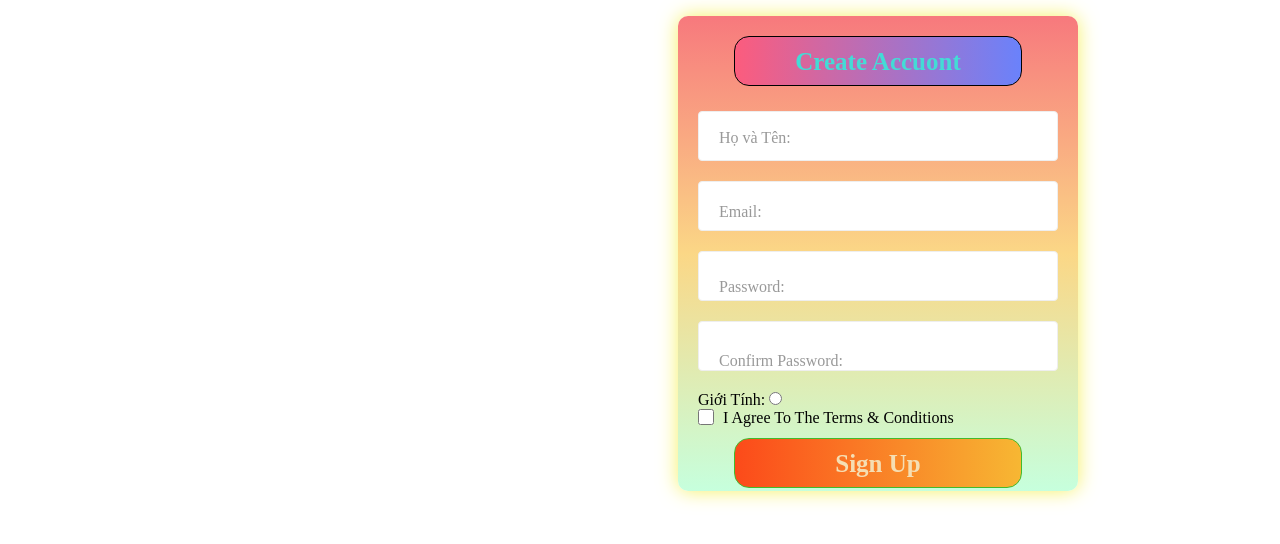
Repository: tung1233hhhhhhhhhhhhh/shoppingcart
Page: page/signup.html
These files come from the project's save history. The page is drawn as it stood at one moment and after the next save; the edit follows.
The browser window is 1280 px wide. The pictures show the whole page.

Above is the page before, as saved 2023-07-21 00:11:55.

### page/signup.html
<!DOCTYPE html>
<html lang="en">

<head>
    <meta charset="UTF-8">
    <meta name="viewport" content="width=device-width, initial-scale=1.0">
    <title>Document</title>
    <link rel="stylesheet" href="./css/signup.css">
</head>

<body>



    <div class="form-box">
        <div class="text">Create Accuont</div>
        <div class="form-field">
            <input type="text" class="form-input-1" placeholder=" ">
            <label for="name" class="form-label-1">Họ và Tên:</label>
            <input type="email" class="form-input-2" placeholder=" ">
            <label for="email" class="form-label-2">Email:</label>
            <input type="password" class="form-input-3" placeholder=" ">
            <label for="password" class="form-label-3">Password:</label>
            <input type="password" class="form-input-4" placeholder=" ">
            <label for="password" class="form-label-4">Confirm Password:</label>
            <label for="">Giới Tính:</label>
            <input type="radio">
        </div>
        <input type="checkbox" name="" class="checkbox">
        <span>I Agree To The Terms & Conditions</span>
        <div class="Login">Sign Up</div>

    </div>


</body>

</html>

### page/css/signup.css
* {
    padding: 0;
    margin: 0;
    box-sizing: border-box;
}

.form-box {
    /* display: block; */
    width: 400px;
    height: 475px;
    padding: 20px;
    margin: auto;
    transform: translateY(16px);
    /* transform: translateY(66px); */
    margin-right: 202px;
    background-image: linear-gradient(to top, #c6ffdd, #fbd786, #f7797d);
    border-radius: 10px;
    box-shadow: 0 0 20px #f6f163;
    animation: FormAnimation ease-in .5s;
}

.form-box .text {
    width: 80%;
    height: 50px;
    background-image: linear-gradient(to right, #fc5c7d, #6a82fb);
    border-radius: 15px;
    border: 1px solid black;
    margin: 0 auto;
    margin-bottom: 25px;
    font-family: 'Oleo Script', cursive;
    font-size: 25px;
    font-weight: 800;
    text-align: center;
    line-height: 50px;
    color: #44dbd6;
}

.form-box .Login {
    width: 80%;
    height: 50px;
    border-radius: 15px;
    border: 1px solid #43ba2d;
    margin: 0 auto;
    margin-top: 9px;
    background-image: linear-gradient(to right, #fc4a1a, #f7b733);
    font-family: 'Oleo Script', cursive;
    font-size: 25px;
    font-weight: 800;
    text-align: center;
    line-height: 50px;
    color: wheat;
}


.form-box .Login:hover {
    cursor: pointer;
    opacity: 0.7;
    transition: .5s ease;

}

.form-box .text-bottom {
    font-size: 18px;
    font-family: 'Poppins', sans-serif;
    text-align: center;
    line-height: 1.5;
    margin-top: 20px;
    color: #453e7e;
    font-weight: 550;
}

.form-box .text-bottom .log-in {
    margin-top: 10px;
    word-spacing: 5px;
}

.form-box .text-bottom a {
    text-decoration: none;
    color: orange;
    margin-right: 3px;
}

.form-box .text-bottom a:hover {
    color: orangered;
    transition: .5s ease;
}


.form-input-4,
.form-input-3,
.form-input-1,
.form-input-2 {
    padding: 0 20px;
    margin-bottom: 20px;
    border: 1px solid #eee;
    border-radius: 4px;
    width: 100%;
    height: 50px;
    transition: .25s ease;

}

.form-input-4:focus,
.form-input-3:focus,
.form-input-2:focus,
.form-input-1:focus {
    outline: none;
    border-color: #6a5af9;

}

.form-field {
    position: relative;

}

.form-label-1 {
    position: absolute;
    top: 9%;
    transform: translateY(-50%);
    left: 21px;
    user-select: none;
    color: #999;
    pointer-events: none;
    transition: .5s ease;
}

.form-label-2 {
    user-select: none;
    position: absolute;
    left: 21px;
    color: #999;
    pointer-events: none;
    transition: .5s ease;
    transform: translateY(-50%);
    top: 34%;
}

.form-label-3 {
    user-select: none;
    position: absolute;
    left: 21px;
    color: #999;
    pointer-events: none;
    transition: .5s ease;
    transform: translateY(-50%);
    top: 59%;
}

.form-label-4 {
    user-select: none;
    position: absolute;
    left: 21px;
    color: #999;
    pointer-events: none;
    transition: .5s ease;
    transform: translateY(-50%);
    top: 84%;
}



input.checkbox {
    background: #8DC26F;
    cursor: pointer;
    width: 1.2em;
    height: 1.2em;
    background-color: rgba(234, 235, 234, 0);

}

.checkbox:focus {
    transition: .5s ease;
}




.form-box span {
    margin-left: 5px;
    display: inline-block;
    transform: translateY(-2px);
}





.form-input-1:not(:placeholder-shown)+.form-label-1,
.form-input-1:focus+.form-label-1 {
    top: 0;
    left: 11px;
    padding: 0 10px;
    display: inline-block;
    background-color: white;
    color: #6a5af9;
    transition: .5s ease;
    border: 1px solid #6a5af9;
    border-radius: 5px;

}

.form-input-2:not(:placeholder-shown)+.form-label-2,
.form-input-2:focus+.form-label-2 {
    left: 11px;
    padding: 0 10px;
    display: inline-block;
    background-color: white;
    color: #6a5af9;
    transition: .5s ease;
    top: 70px;
    border: 1px solid #6a5af9;
    border-radius: 5px;
}

.form-input-3:not(:placeholder-shown)+.form-label-3,
.form-input-3:focus+.form-label-3 {
    top: 140px;
    left: 11px;
    padding: 0 10px;
    display: inline-block;
    background-color: white;
    color: #6a5af9;
    transition: .5s ease;
    border: 1px solid #6a5af9;
    border-radius: 5px;

}

.form-input-4:not(:placeholder-shown)+.form-label-4,
.form-input-4:focus+.form-label-4 {
    left: 11px;
    padding: 0 10px;
    display: inline-block;
    background-color: white;
    color: #6a5af9;
    transition: .5s ease;
    top: 210px;
    border: 1px solid #6a5af9;
    border-radius: 5px;
}

@keyframes FormAnimation {
    from {
        transform: translateX(202px);
    }

    to {}
}

After the next save:
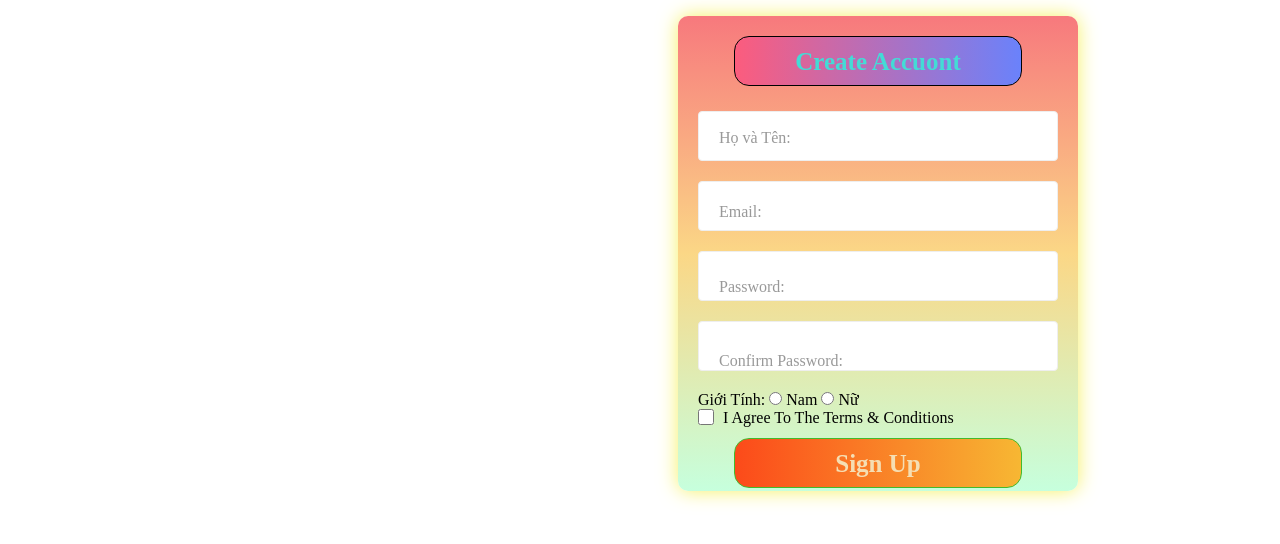
Saved 6 min 4 s later.
--- a/page/signup.html
+++ b/page/signup.html
@@ -23,8 +23,13 @@
             <label for="password" class="form-label-3">Password:</label>
             <input type="password" class="form-input-4" placeholder=" ">
             <label for="password" class="form-label-4">Confirm Password:</label>
-            <label for="">Giới Tính:</label>
-            <input type="radio">
+            <div class="form-gender">
+                <label for="">Giới Tính:</label>
+                <input type="radio" name="gender" value="Nam">
+                <label for="">Nam</label>
+                <input type="radio" name="gender" value="Nữ">
+                <label for="">Nữ</label>
+            </div>
         </div>
         <input type="checkbox" name="" class="checkbox">
         <span>I Agree To The Terms & Conditions</span>
